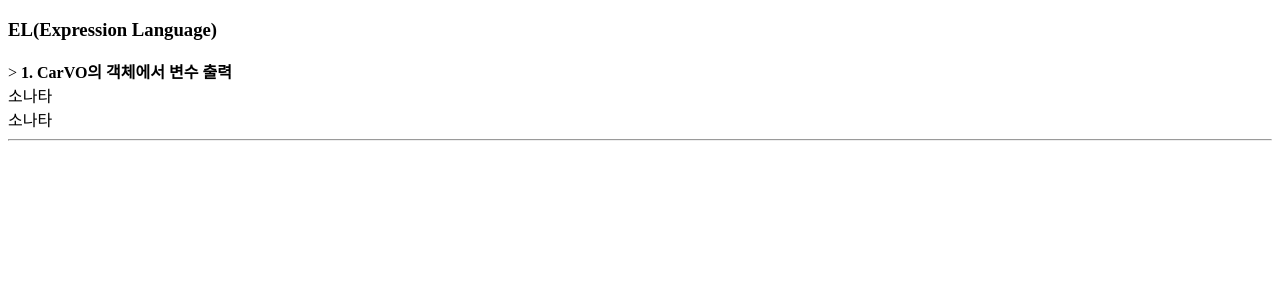
Repository: novemberjj/jsp
Page: http://localhost/jstl_study/step1.jsp
These files come from the project's save history. The page is drawn as it stood at one moment and after the next save; the edit follows.
The browser window is 1280 px wide. The pictures show the whole page.
The page is served by Tomcat 9. Other server files are loaded and not shown.

Above is the page before, as saved 2023-05-09 05:31:40.

### jstl_project/jstl_study/src/main/webapp/step1.jsp
<%@ page import="model.CarVO" %>
<%@ page language="java" contentType="text/html; charset=UTF-8"
    pageEncoding="UTF-8"%>

<!DOCTYPE html>
<html>
<head>
<meta charset="UTF-8">
<title>EL연습</title>
</head>
<body>
	<h3>EL(Expression Language)</h3>>
	<%
		CarVO car = new CarVO("1234","소나타",2000);
		//request.setAttribute : request 객체에 값을 저장하는 역할
		//request.getAttribute : request 객체의 값을 가져오는 역할
		//request.setAttribute("변수명",값);
		request.setAttribute("cvo", car);
	%>
	<!-- 변수 출력 -->
	<strong>1. CarVO의 객체에서 변수 출력</strong><br>
	<!-- 방법 1 : requestScope를 사용 -->
	${requestScope.cvo.name}<br>

	<!-- 방법 2 : requsetScope (생략가능) -->
	${cvo.name}<br>

	<hr>

</body>
</html>

### jstl_project/jstl_study/src/main/java/model/CarVO.java
package model;

public class CarVO {
	//num, name, price

	private String num;
	private String name;
	private int price;

	public CarVO() {}

	public CarVO(String num, String name, int price) {
		this.num=num;
		this.name=name;
		this.price=price;
	}

	public String getNum() {
		return num;
	}

	public void setNum(String num) {
		this.num = num;
	}

	public String getName() {
		return name;
	}

	public void setName(String name) {
		this.name = name;
	}

	public int getPrice() {
		return price;
	}

	public void setPrice(int price) {
		this.price = price;
	}



}

After the next save:
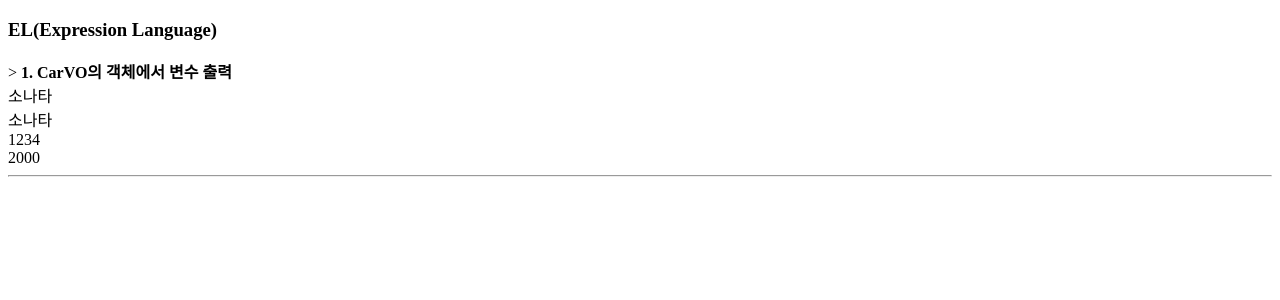
Saved 12 min 28 s later.
--- a/jstl_project/jstl_study/src/main/webapp/step1.jsp
+++ b/jstl_project/jstl_study/src/main/webapp/step1.jsp
@@ -23,7 +23,7 @@
 	${requestScope.cvo.name}<br>
 
 	<!-- 방법 2 : requsetScope (생략가능) -->
-	${cvo.name}<br>
+	${cvo.name} <br>${cvo.num }<br> ${cvo.price }<br>
 
 	<hr>
 
